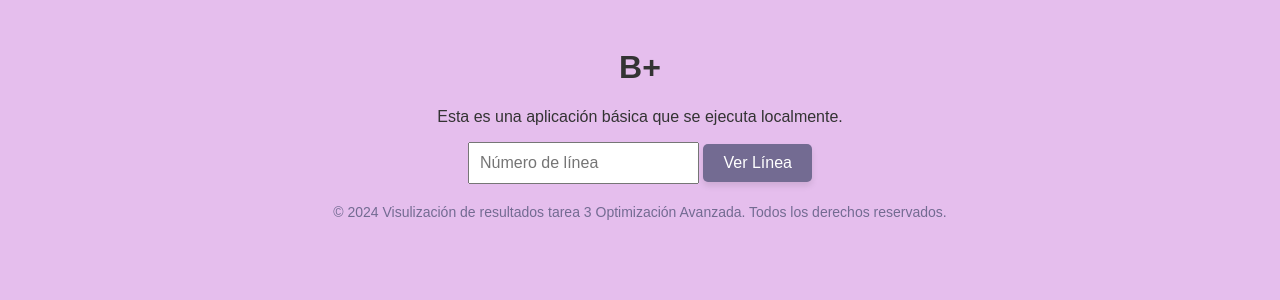
Repository: cflorido/Front_T3
Page: index.html
An editor plug-in stored every save of this project. The page is shown before and after the next save, followed by the edit.
The browser window is 1280 px wide. The pictures show the whole page.

Above is the page before, as saved 2024-10-22 19:21:05.

After the next save:
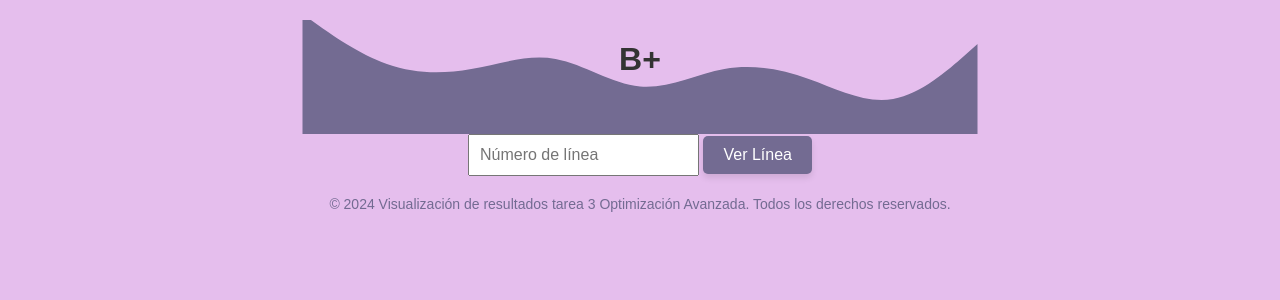
Saved 41 s later.
--- a/index.html
+++ b/index.html
@@ -11,6 +11,7 @@
             color: #333;
             text-align: center;
             padding: 20px;
+            margin: 0; /* Elimina el margen */
         }
         button {
             padding: 10px 20px;
@@ -67,11 +68,37 @@
             font-size: 14px;
             color: #736B92; /* Color del texto del pie de página */
         }
+        /* Estilos para el encabezado con olas */
+        .header {
+            position: relative;
+            overflow: hidden;
+            background-color: #E5BEED; /* Color de fondo del encabezado */
+        }
+        .waves {
+            position: absolute;
+            width: 100%;
+            height: 150px;
+            bottom: 0;
+            left: 50%;
+            transform: translateX(-50%);
+        }
+        .waves svg {
+            width: 100%;
+            height: 100%;
+        }
     </style>
 </head>
 <body>
-    <h1>B+</h1>
-    <p>Esta es una aplicación básica que se ejecuta localmente.</p>
+    <div class="header">
+        <div class="waves">
+            <!-- Olas SVG -->
+            <svg xmlns="http://www.w3.org/2000/svg" viewBox="0 0 1440 320">
+                <path fill="#736B92" d="M0,64L30,85.3C60,107,120,149,180,170.7C240,192,300,192,360,181.3C420,171,480,149,540,160C600,171,660,213,720,218.7C780,224,840,192,900,181.3C960,171,1020,181,1080,202.7C1140,224,1200,256,1260,245.3C1320,235,1380,181,1410,154.7L1440,128L1440,320L1410,320C1380,320,1320,320,1260,320C1200,320,1140,320,1080,320C1020,320,960,320,900,320C840,320,780,320,720,320C660,320,600,320,540,320C480,320,420,320,360,320C300,320,240,320,180,320C120,320,60,320,30,320L0,320Z"></path>
+            </svg>
+        </div>
+        <h1>B+</h1>
+        <p>Esta es una aplicación básica que se ejecuta localmente.</p>
+    </div>
 
     <input type="number" id="numeroLinea" placeholder="Número de línea" min="1" style="padding: 10px; font-size: 16px;">
     <button onclick="cargarLinea()">Ver Línea</button>
@@ -79,7 +106,7 @@
     <div id="contenido"></div>
 
     <div class="footer">
-        <p>&copy; 2024 Visulización de resultados tarea 3 Optimización Avanzada. Todos los derechos reservados.</p>
+        <p>&copy; 2024 Visualización de resultados tarea 3 Optimización Avanzada. Todos los derechos reservados.</p>
     </div>
 
     <script>
@@ -165,11 +192,11 @@
             }
 
             tabla.appendChild(tbody);
-            contenidoDiv.appendChild(tabla);
-        }
-
-        // Cargar el contenido del archivo al inicio
-        cargarContenido();
+            contenidoDiv.appendChild(tabla); // Añadir la tabla al contenido
+        }
+
+        // Cargar el contenido al iniciar
+        window.onload = cargarContenido;
     </script>
 </body>
 </html>

After the save that followed:
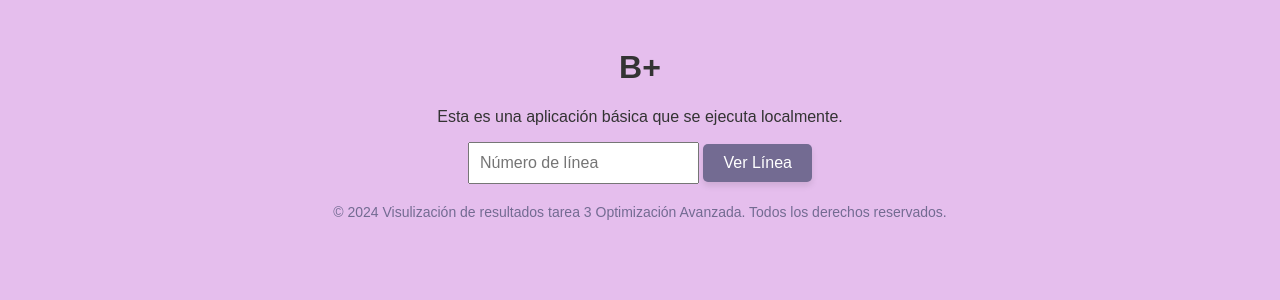
Saved 8 s later.
--- a/index.html
+++ b/index.html
@@ -11,7 +11,6 @@
             color: #333;
             text-align: center;
             padding: 20px;
-            margin: 0; /* Elimina el margen */
         }
         button {
             padding: 10px 20px;
@@ -68,37 +67,11 @@
             font-size: 14px;
             color: #736B92; /* Color del texto del pie de página */
         }
-        /* Estilos para el encabezado con olas */
-        .header {
-            position: relative;
-            overflow: hidden;
-            background-color: #E5BEED; /* Color de fondo del encabezado */
-        }
-        .waves {
-            position: absolute;
-            width: 100%;
-            height: 150px;
-            bottom: 0;
-            left: 50%;
-            transform: translateX(-50%);
-        }
-        .waves svg {
-            width: 100%;
-            height: 100%;
-        }
     </style>
 </head>
 <body>
-    <div class="header">
-        <div class="waves">
-            <!-- Olas SVG -->
-            <svg xmlns="http://www.w3.org/2000/svg" viewBox="0 0 1440 320">
-                <path fill="#736B92" d="M0,64L30,85.3C60,107,120,149,180,170.7C240,192,300,192,360,181.3C420,171,480,149,540,160C600,171,660,213,720,218.7C780,224,840,192,900,181.3C960,171,1020,181,1080,202.7C1140,224,1200,256,1260,245.3C1320,235,1380,181,1410,154.7L1440,128L1440,320L1410,320C1380,320,1320,320,1260,320C1200,320,1140,320,1080,320C1020,320,960,320,900,320C840,320,780,320,720,320C660,320,600,320,540,320C480,320,420,320,360,320C300,320,240,320,180,320C120,320,60,320,30,320L0,320Z"></path>
-            </svg>
-        </div>
-        <h1>B+</h1>
-        <p>Esta es una aplicación básica que se ejecuta localmente.</p>
-    </div>
+    <h1>B+</h1>
+    <p>Esta es una aplicación básica que se ejecuta localmente.</p>
 
     <input type="number" id="numeroLinea" placeholder="Número de línea" min="1" style="padding: 10px; font-size: 16px;">
     <button onclick="cargarLinea()">Ver Línea</button>
@@ -106,7 +79,7 @@
     <div id="contenido"></div>
 
     <div class="footer">
-        <p>&copy; 2024 Visualización de resultados tarea 3 Optimización Avanzada. Todos los derechos reservados.</p>
+        <p>&copy; 2024 Visulización de resultados tarea 3 Optimización Avanzada. Todos los derechos reservados.</p>
     </div>
 
     <script>
@@ -192,11 +165,11 @@
             }
 
             tabla.appendChild(tbody);
-            contenidoDiv.appendChild(tabla); // Añadir la tabla al contenido
+            contenidoDiv.appendChild(tabla);
         }
 
-        // Cargar el contenido al iniciar
-        window.onload = cargarContenido;
+        // Cargar el contenido del archivo al inicio
+        cargarContenido();
     </script>
 </body>
 </html>
